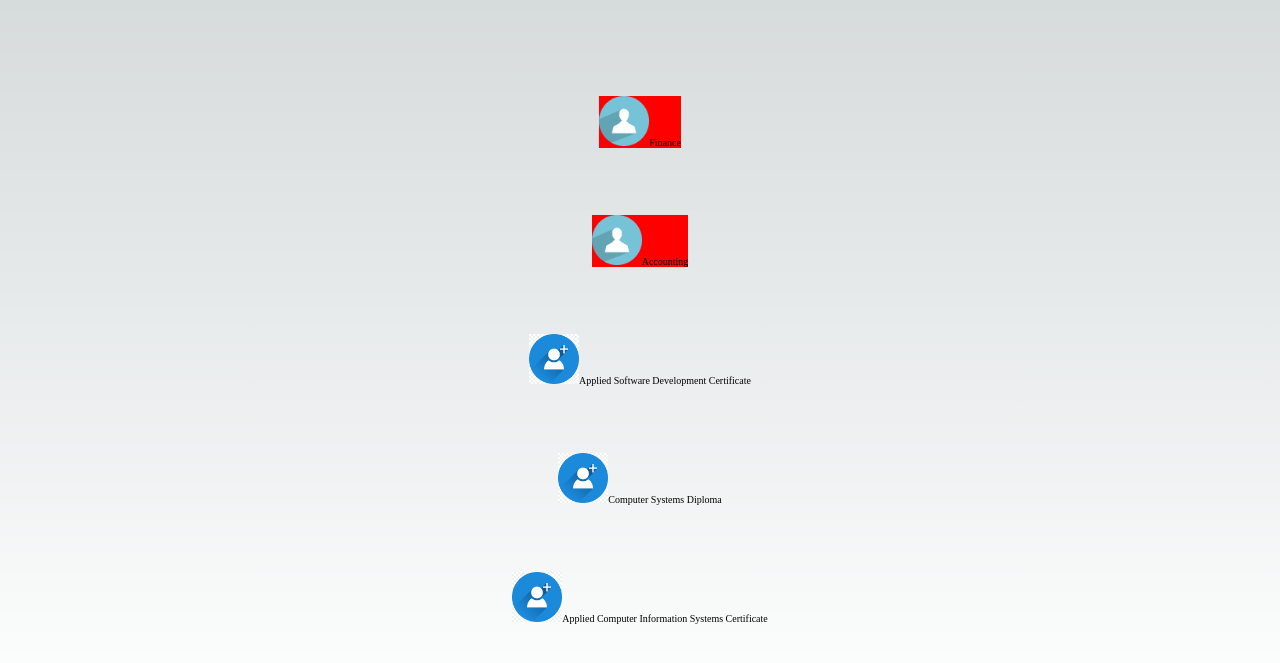
Repository: giovanabirck/mdia2109-class03
Page: / (app in example.map/)
An editor plug-in stored every save of this project. The page is shown before and after the next save, followed by the edit.
The browser window is 1280 px wide. The pictures show the whole page.
The project was rebuilt for these pictures with package versions that can differ from the ones it lists, and the page was loaded fresh each time. The framework's server and built-in components were replaced by stand-ins that run in the browser. Also part of the build but not shown: example.map/next.config.js.

Above is the page before, as saved 2023-01-19 14:59:32.

After the next save:
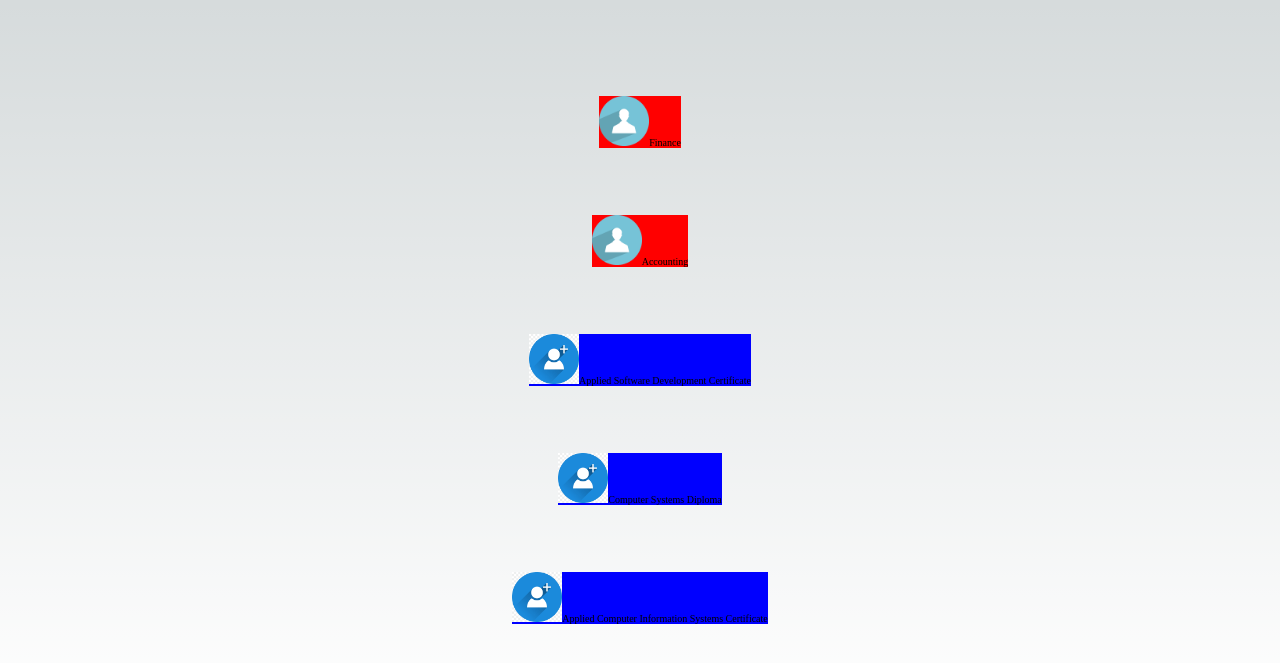
Saved 1 s later.
--- a/example.map/pages/index.js
+++ b/example.map/pages/index.js
@@ -38,7 +38,7 @@ export default function Home() {
           information && information.map((info, index) => {
             if(info.department.toLowerCase() === "computing") {
               return(
-                <Card key={index} degree={info.degree} color="rblue"font="10px"/>
+                <Card key={index} degree={info.degree} color="blue"font="10px"/>
               )
             }
           })
